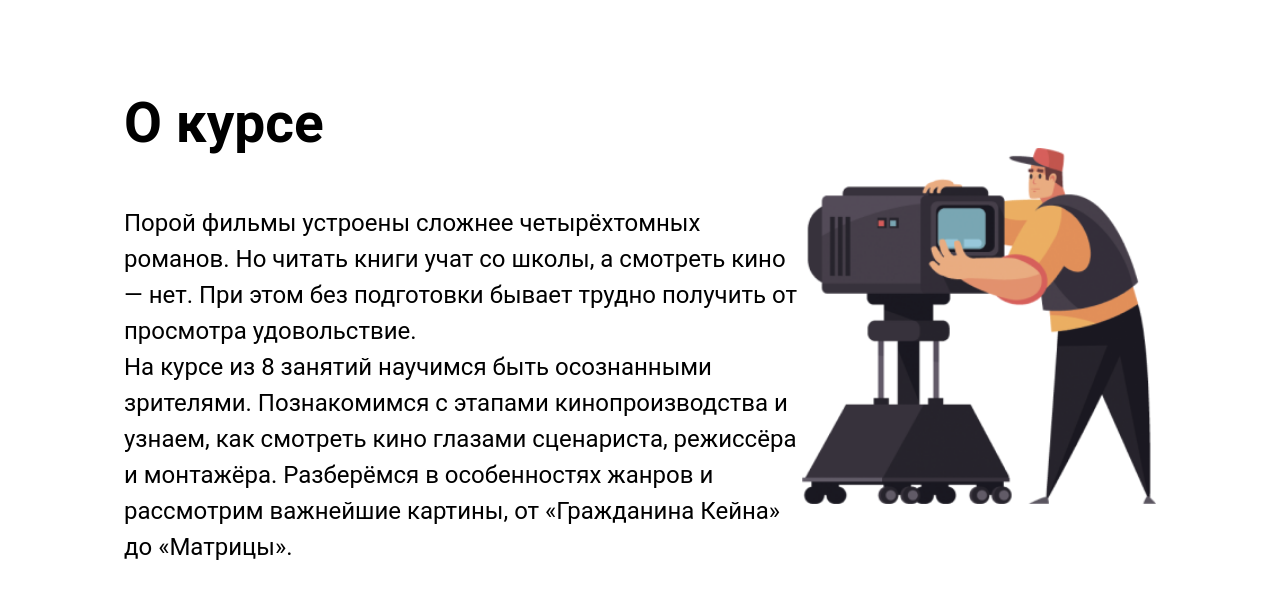
Repository: AytacSafarova/task-figma--1
Page: index.html
These files come from the project's save history. The page is drawn as it stood at one moment and after a run of saves; the edit follows.
The browser window is 1280 px wide. The pictures show the whole page.

Above is the page before, as saved 2023-04-29 20:06:25.

After the next 3 saves:
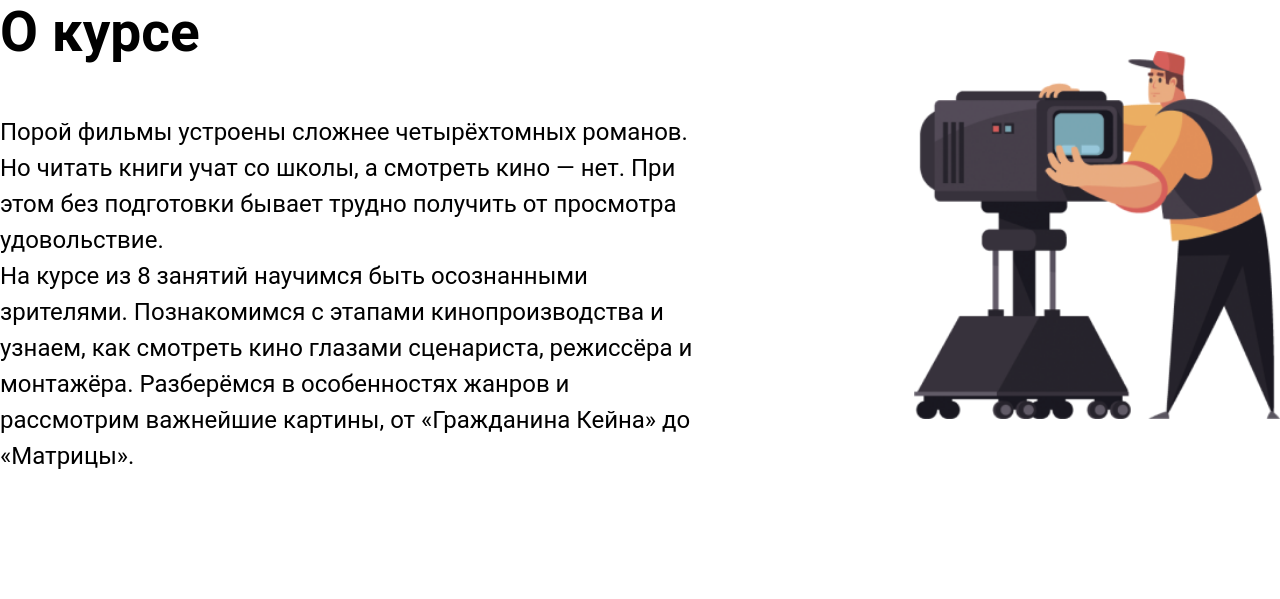
The 3 saves are shown as one change because they came seconds apart.
The last was saved 92 s later.
--- a/index.css
+++ b/index.css
@@ -4,7 +4,7 @@
 }
 
 .container{
-    margin: 91px 124px;
+padding: 91px 1;
 }
 
 .row{
